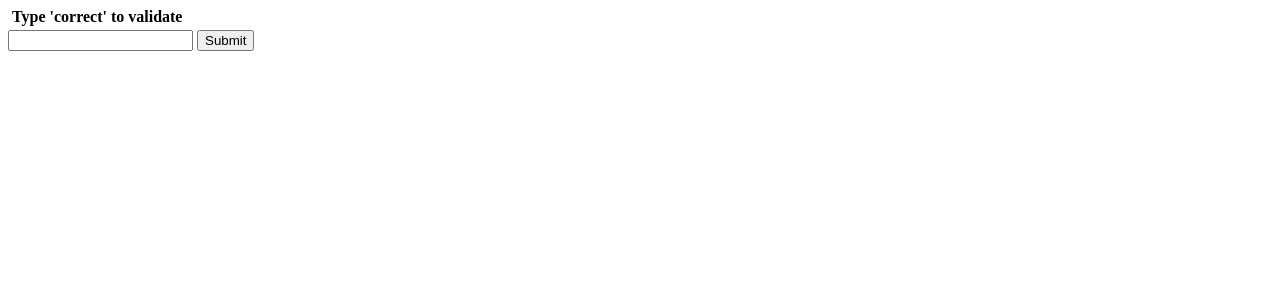
Repository: reohong/JQuery
Page: demo/src/main/resources/static/Jquery_0505.html
These files come from the project's save history. The page is drawn as it stood at one moment and after the next save; the edit follows.
The browser window is 1280 px wide. The pictures show the whole page.

Above is the page before, as saved 2021-05-05 06:27:21.

After the next save:
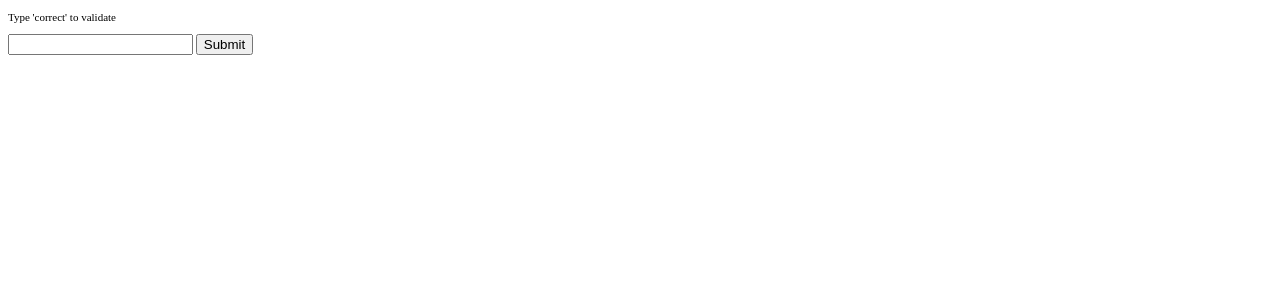
Saved 8 min 19 s later.
--- a/demo/src/main/resources/static/Jquery_0505.html
+++ b/demo/src/main/resources/static/Jquery_0505.html
@@ -4,17 +4,58 @@
 <meta charset="EUC-KR">
 <title></title>
 <style>
-            p {
-                margin: 4px;
-                font-size:16px;
-                font-weight:bolder;
-                cursor:pointer;
+          body{
+                font-size:11px;
+                width:1000px;
             }
-            .blue {
-                color:blue;
+            #panel div,#panel li,#panel ul{
+                border:2px solid black;
+                margin:10px;
+                padding:10px;
             }
-            .highlight {
-                background:yellow;
+            #panel ul{
+                list-style: none;
+            }
+            #panel .s{
+                border:2px solid red;
+                background-color: #808080;
+            }
+            #panel #root{
+                margin-top:0;
+            }
+            textarea{
+                width:982px;
+                height:100px;
+                font-size:11px;
+                overflow: visible;
+            }
+            #help{
+                float:left;
+                width:500px;
+                height:450px;
+                overflow-y: scroll;
+                overflow-x: hidden
+            }
+            #panel{
+                float:left;
+                width:500px;
+            }
+            #help table{
+                border:1px solid gray;
+                border-collapse: collapse;
+                width:100%;
+            }
+            #help table td{
+                border:1px solid gray;
+                padding:5px;
+            }
+            #help .title{
+                color:white;
+                background-color:#555;
+                padding:3px;
+            }
+            #help .title.checked{
+                background-color:red;
             }
         </style>
 <script src="http://code.jquery.com/jquery-latest.js"></script>
